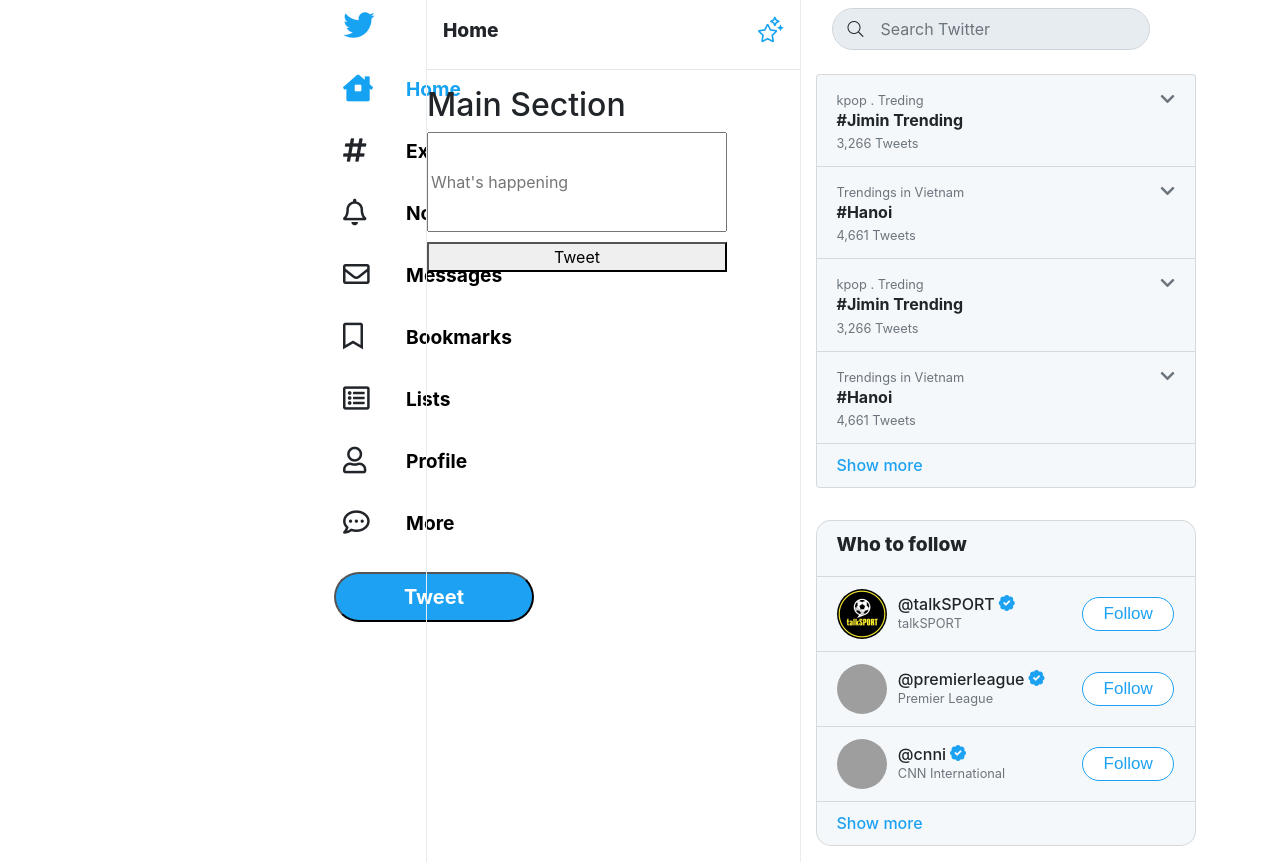
Repository: tts2610/Twitter-clone
Page: index.html
These files come from the project's save history. The page is drawn as it stood at one moment and after the next save; the edit follows.
The browser window is 1280 px wide. The pictures show the whole page.
Pictures or frames that could not be fetched are drawn as grey boxes.

Above is the page before, as saved 2020-05-23 15:24:53.

### index.html
<!DOCTYPE html>
<html lang="en">

<head>
    <meta charset="UTF-8">
    <!-- <meta name="viewport" content="width=device-width, initial-scale=1.0"> -->
    <title>Document</title>
    <link rel="stylesheet" href="css/style.css">
    <!-- Latest compiled and minified CSS -->
    <link rel="stylesheet" href="https://maxcdn.bootstrapcdn.com/bootstrap/4.5.0/css/bootstrap.min.css">

    <!-- jQuery library -->
    <script src="https://ajax.googleapis.com/ajax/libs/jquery/3.5.1/jquery.min.js"></script>

    <!-- Popper JS -->
    <script src="https://cdnjs.cloudflare.com/ajax/libs/popper.js/1.16.0/umd/popper.min.js"></script>

    <!-- Latest compiled JavaScript -->
    <script src="https://maxcdn.bootstrapcdn.com/bootstrap/4.5.0/js/bootstrap.min.js"></script>

    <!-- <link rel="stylesheet" crossorigin="anonymous" href="https://use.fontawesome.com/releases/v5.6.3/css/all.css" integrity="sha384-UHRtZLI+pbxtHCWp1t77Bi1L4ZtiqrqD80Kn4Z8NTSRyMA2Fd33n5dQ8lWUE00s/" /> -->
    <link rel="stylesheet" href="css/all.css">

</head>


<body>
    <div class="container">
        <div class="row">
            <div class="col-2">
                <div class="row">
                    <div class="col"><img src="/img/twt-logo1.png" alt="twitter-logo" width="50" height="50"></div>
                </div>
                <div class="row my-3">
                    <div id="outerMenuContainer" style="color: #16a2f2;">
                        <div class="col-2 mr-4 py-2 px-4" style="font-size: 20px;"><i class="fas fa-house fa-lg"></i></div>
                        <div class="col-10 py-2" style="margin-right: 0px;padding-right: 0px;font-weight: 700;font-size: larger;"> <a href="#Home" style="color: #16a2f2;">Home</a></div>
                    </div>

                </div>
                <div class="row my-3">
                    <div id="outerMenuContainer">
                        <div class="col-2 mr-4 py-2 px-4" style="font-size: 20px;"><i class="fas fa-hashtag fa-lg"></i></div>
                        <div class="col-10" style="margin-right: 0px;padding-right: 0px;font-weight: 700;font-size: larger;"><a href="#services">Explore</a></div>

                    </div>
                </div>
                <div class="row my-3">
                    <div id="outerMenuContainer">
                        <div class="col-2 mr-4 py-2 px-4" style="font-size: 20px;"><i class="far fa-bell fa-lg"></i></div>
                        <div class="col-10" style="margin-right: 0px;padding-right: 0px;font-weight: 700;font-size: larger;"><a href="#clients">Notifications</a></div>

                    </div>
                </div>
                <div class="row my-3">
                    <div id="outerMenuContainer">
                        <div class="col-2 mr-4 py-2 px-4" style="font-size: 20px;"><i class="far fa-envelope fa-lg"></i></div>
                        <div class="col-10" style="margin-right: 0px;padding-right: 0px;font-weight: 700;font-size: larger;"><a href="#contact">Messages</a></div>
                    </div>
                </div>
                <div class="row my-3">
                    <div id="outerMenuContainer">
                        <div class="col-2 mr-4 py-2 px-4" style="font-size: 20px;"><i class="far fa-bookmark fa-lg"></i></div>
                        <div class="col-10" style="margin-right: 0px;padding-right: 0px;font-weight: 700;font-size: larger;"><a href="#clients">Bookmarks</a></div>
                    </div>
                </div>
                <div class="row my-3">
                    <div id="outerMenuContainer">
                        <div class="col-2 mr-4 py-2 px-4" style="font-size: 20px;"><i class="far fa-list-alt fa-lg"></i></div>
                        <div class="col-10" style="margin-right: 0px;padding-right: 0px;font-weight: 700;font-size: larger;"><a href="#contact">Lists</a></div>
                    </div>
                </div>
                <div class="row my-3">
                    <div id="outerMenuContainer">
                        <div class="col-2 mr-4 py-2 px-4" style="font-size: 20px;"><i class="far fa-user fa-lg"></i></div>
                        <div class="col-10" style="margin-right: 0px;padding-right: 0px;font-weight: 700;font-size: larger;"><a href="#clients">Profile</a></div>
                    </div>
                </div>
                <div class="row my-3">
                    <div id="outerMenuContainer">
                        <div class="col-2 mr-4 py-2 px-4" style="font-size: 20px;"><i class="far fa-comment-dots fa-lg"></i></div>
                        <div class="col-10" style="margin-right: 0px;padding-right: 0px;font-weight: 700;font-size: larger;"><a href="#contact">More</a></div>
                    </div>
                </div>
                <div class="row my-3">
                    <div class="col"><button class="tweetbtn" href="#">Tweet</button></div>
                </div>
            </div>

            <div class="col-7" style="border-right: #e6ecf0 solid 1px; border-left: #e6ecf0 solid 1px; padding-left: 0px; padding-right: 0px;">
                <nav class="navbar sticky-top navbar-light my-2" id="leftNav">
                    <span>Home</span>
                    <span style="color: #16a2f2;"><i class="fal fa-stars fa-lg"></i></span>
                </nav>
                <hr/>
                <div>
                    <h2>Main Section</h2>
                    <input type="text" id="tweetArea" placeholder="What's happening">
                    <button id="tweetBtn" onclick="post()">Tweet</button>
                    <span id="remain"></span>
                    <div id="content" class="mt-5">
                    </div>



                </div>
            </div>

            <div class="col-3">
                <nav class="navbar sticky-top navbar-light" id="rightNav">
                    <span style="position: absolute;z-index: 100;"><i class="fal fa-search ml-3"></i></span>
                    <div><input class="form-control mr-sm-2 pl-5" type="search" placeholder="Search Twitter" aria-label="Search" id="search"></div>
                </nav>
                <div id="trendings" class="py-3">
                    <ul class="list-group mb-3">
                        <!-- <li class="list-group-item d-flex justify-content-between lh-condensed header" style="border-radius: 15px 15px 0px 0px;" id="trendingHeader">
                            <div>
                                <div class="trends-header">Trends for you</div>
                            </div>
                            <span class="text-muted"><i class="fal fa-cog" style="COLOR: rgba(29,161,242,1.00); font-size: larger;"></i></span>
                        </li> -->
                        <li class="list-group-item d-flex justify-content-between lh-condensed content" id="trending1">
                            <div>
                                <small class="text-muted">Trendings in Vietnam</small>
                                <h6 class="my-0 hashtag">#Hanoi</h6>
                                <small class="text-muted">4,661 Tweets</small>
                            </div>
                            <span class="text-muted"><i class="fas fa-chevron-down"></i></span>
                        </li>
                        <li class="list-group-item d-flex justify-content-between lh-condensed content" id="trending2">
                            <div>
                                <small class="text-muted">kpop . Treding</small>
                                <h6 class="my-0 hashtag">#Jimin Trending</h6>
                                <small class="text-muted">3,266 Tweets</small>
                            </div>
                            <span class="text-muted"><i class="fas fa-chevron-down"></i></span>
                        </li>
                        <li class="list-group-item d-flex justify-content-between lh-condensed content" id="trending3">
                            <div>
                                <small class="text-muted">Trendings in Vietnam</small>
                                <h6 class="my-0 hashtag">#Hanoi</h6>
                                <small class="text-muted">4,661 Tweets</small>
                            </div>
                            <span class="text-muted"><i class="fas fa-chevron-down"></i></span>
                        </li>
                        <li class="list-group-item d-flex justify-content-between lh-condensed content" id="trending4">
                            <div>
                                <small class="text-muted">kpop . Treding</small>
                                <h6 class="my-0 hashtag">#Jimin Trending</h6>
                                <small class="text-muted">3,266 Tweets</small>
                            </div>
                            <span class="text-muted"><i class="fas fa-chevron-down"></i></span>
                        </li>
                        <li class="list-group-item d-flex justify-content-between lh-condensed content" style="border-radius: 0px 0px 15px 15px">
                            <div>
                                <h6 class="my-0"><a href="#" style="COLOR: rgba(29,161,242,1.00); text-decoration: none;">Show more</a></h6>
                            </div>
                        </li>
                    </ul>
                </div>

                <div id="whoToFollow" class="">
                    <ul class="list-group mb-3">
                        <li class="list-group-item d-flex justify-content-between lh-condensed" style="border-radius: 15px 15px 0px 0px;">
                            <div>
                                <h5 class="whoToFollow-header">Who to follow</h5>
                            </div>
                        </li>
                        <li class="list-group-item content">
                            <div class="row">
                                <div class="col-2">
                                    <img src="img/profileImages/talkSport.jpg" id="moreToFollowImg" alt="Avatar">
                                </div>
                                <div class="col-6">
                                    <div style="display: flex;">
                                        <h6 class="my-0 hashtag">@talkSPORT</h6>
                                        <i class="ml-1 fas fa-badge-check"></i>
                                    </div>

                                    <small class="text-muted">talkSPORT</small>

                                </div>
                                <div class="col-4">
                                    <a href="#" class="followBtn">Follow</a>
                                </div>
                            </div>
                        </li>
                        <li class="list-group-item content">
                            <div class="row">
                                <div class="col-2">
                                    <img src="https://d3pc1xvrcw35tl.cloudfront.net/ln/feedImages/643x481/bwpUoL-J_400x400_ckOpi7f_4RVQqqi_ZPjpFJN_cnPYP1e_202004.jpg" id="moreToFollowImg" alt="Avatar">
                                </div>
                                <div class="col-6">
                                    <div style="display: flex;">
                                        <h6 class="my-0 hashtag">@premierleague</h6>
                                        <i class="ml-1 fas fa-badge-check"></i>
                                    </div>

                                    <small class="text-muted">Premier League</small>

                                </div>
                                <div class="col-4">
                                    <a href="#" class="followBtn">Follow</a>
                                </div>
                            </div>
                        </li>
                        <li class="list-group-item content">
                            <div class="row">
                                <div class="col-2">
                                    <img src="https://upload.wikimedia.org/wikipedia/commons/thumb/6/66/CNN_International_logo.svg/1200px-CNN_International_logo.svg.png" id="moreToFollowImg" alt="Avatar">
                                </div>
                                <div class="col-6">
                                    <div style="display: flex;">
                                        <h6 class="my-0 hashtag">@cnni</h6>
                                        <i class="ml-1 fas fa-badge-check"></i>
                                    </div>

                                    <small class="text-muted">CNN International</small>

                                </div>
                                <div class="col-4">
                                    <a href="#" class="followBtn">Follow</a>
                                </div>
                            </div>
                        </li>
                        <li class="list-group-item d-flex justify-content-between lh-condensed content" style="border-radius: 0px 0px 15px 15px">
                            <div>
                                <h6 class="my-0"><a href="#" style="COLOR: rgba(29,161,242,1.00); text-decoration: none;">Show more</a></h6>
                            </div>
                        </li>
                    </ul>
                </div>
            </div>
        </div>

        <!-- <nav class="navbar sticky-top navbar-expand-lg navbar-light bg-light">
                <a class="navbar-brand" href="#">Navbar</a>
                <button class="navbar-toggler" type="button" data-toggle="collapse" data-target="#navbarSupportedContent" aria-controls="navbarSupportedContent" aria-expanded="false" aria-label="Toggle navigation">
                  <span class="navbar-toggler-icon"></span>
                </button>

                <div class="collapse navbar-collapse" id="navbarSupportedContent">
                    <ul class="navbar-nav mr-auto">
                    </ul>
                    <form class="form-inline my-2 my-lg-0">
                        <input class="form-control mr-sm-2" type="search" placeholder="Search" aria-label="Search">
                        <button class="btn btn-outline-success my-2 my-sm-0" type="submit">Search</button>
                    </form>
                </div>
            </nav> -->
        <!-- <div class="column2">

        </div>

        <div class="column3">

        </div> -->


        <!-- END COL-3 -->
    </div>

    <script src="js/script.js"></script>
    <script src="js/moment.js"></script>
</body>

</html>

### css/style.css
* {
    box-sizing: border-box;
}

body {
    font-family: “Helvetica Neue”, Helvetica, Arial, sans-serif;
}

body .container {
    max-width: 85vh;
    padding-left: 0px;
    padding-right: 0px;
}


/* .container {
    width: 60%;
} */

#leftNav {
    display: flex;
    justify-content: space-between;
    font-size: larger;
    font-weight: 800;
    background-color: white;
}

#rightNav {
    width: 100%;
    background-color: white;
}

#rightNav .input-group-prepend {
    background-color: white !important;
    color: white !important;
}

#search {
    border-radius: 30px;
    height: 10px;
    padding: 20px;
    position: relative;
    width: 318px;
    background-color: #e6ecf0;
}

.sidenav {
    height: 100%;
    position: fixed;
    z-index: 1;
    top: 0;
    left: 0;
    background-color: rgb(255, 255, 255);
    overflow-x: hidden;
    padding-top: 20px;
    border-right: 1px solid lightgrey;
}

.sidenav a {
    text-decoration: none;
    font-size: 25px;
    color: #000000;
    display: block;
    font-family: system-ui, -apple-system, BlinkMacSystemFont, "Segoe UI", Roboto, Ubuntu, "Helvetica Neue", sans-serif;
    ;
    margin: 5px;
    margin-bottom: 10px;
}

.sidenav a:hover {
    color: #16afdd;
}

.main {
    margin-left: 160px;
    /* Same as the width of the sidenav /
    font-size: 28px; / Increased text to enable scrolling */
    padding: 0px 10px;
}

@media screen and (max-height: 450px) {
    .sidenav {
        padding-top: 15px;
    }
    .sidenav a {
        font-size: 18px;
    }
}

.tweetbtn {
    height: 50px;
    width: 200px;
    border-radius: 40px;
    background-color: rgb(29, 161, 242);
    color: white;
    font-weight: bolder;
    font-size: 20px;
    cursor: pointer;
    margin-left: 0px;
    margin-top: 10px;
}

.tweetbtn:hover {
    background-color: rgba(26, 145, 218);
}

.home {
    display: flex;
}

.explore {
    display: flex;
}

.notifications {
    display: flex;
}

.messages {
    display: flex;
}

.bookmarks {
    display: flex;
}

.lists {
    display: flex;
}

.profile {
    display: flex;
}

.more {
    display: flex;
}


/* Clear floats after the columns */

.row:after {
    content: "";
    display: table;
    clear: both;
}

tr {
    text-align: center;
}

#tweetArea {
    width: 300px;
    height: 100px
}

#tweetBtn {
    margin-top: 10px;
    width: 300px;
}

#trendings {
    min-width: 380px;
}

#trendings .list-group-item {
    background-color: #f5f8fa;
}

#trendings .content {
    cursor: pointer;
}

#trendings .trends-header {
    font-weight: 800;
    font-size: larger;
}

#trendings .content:hover {
    filter: brightness(97%)
}

#trendings ul li .hashtag {
    font-weight: 700;
}

#moreToFollowImg {
    border-radius: 50%;
    width: 50px;
    height: 50px;
}

.fa-badge-check {
    color: rgba(29, 161, 242, 1.00);
}

.followBtn {
    -webkit-border-radius: 20px;
    -moz-border-radius: 20px;
    border-radius: 25px;
    color: #1DA1F2;
    font-family: Arial;
    font-size: 17px;
    font-weight: 200;
    padding: 3px;
    background-color: #FFFFFF;
    border: solid #1DA1F2 1px;
    text-decoration: none;
    /* display: inline-block; */
    cursor: pointer;
    text-align: center;
}

.followBtn:hover {
    color: #1DA1F2;
    background: #CFE7F6;
    border-radius: 25px;
    text-decoration: none;
    opacity: 0.7;
}

#whoToFollow {
    min-width: 380px;
}

#whoToFollow .list-group-item {
    background-color: #f5f8fa;
}

#whoToFollow .content {
    cursor: pointer;
}

#whoToFollow .content:hover {
    filter: brightness(97%)
}

#whoToFollow .row .col-6 {
    display: flex;
    flex-direction: column;
    justify-content: center;
}

#whoToFollow .row .col-6 .hashtag {
    text-overflow: ellipsis;
    white-space: nowrap;
    overflow: hidden;
}

#whoToFollow .row .col-4 {
    display: flex;
    flex-direction: column;
    justify-content: center;
}

#whoToFollow .whoToFollow-header {
    font-weight: 800;
    font-size: larger;
}

h6 {
    font-weight: 700;
}

#content .functionBar {
    display: flex;
    justify-content: space-between;
}

#content .row {
    padding: 30px;
    border: 1px solid lightgrey;
}

#content .row div {
    margin-top: 4px;
}

#outerMenuContainer {
    display: flex;
    flex-direction: row;
    align-items: center;
    width: max-content;
}

#outerMenuContainer:hover {
    color: #1DA1F2 !important;
    background: #CFE7F6;
    border-radius: 25px;
    text-decoration: none;
    opacity: 0.7;
    /* padding: 5px 0px 5px 3px;
    width: max-content; */
}

#outerMenuContainer:hover a {
    color: #1DA1F2 !important;
}

#outerMenuContainer a {
    text-decoration: none;
    color: black;
}

### js/script.js
let tweetArea = document.getElementById("tweetArea");
const MAX_LETTER = 140;

let tweetList = [];




const countLetter = () => {
    let lengthOfSentence = tweetArea.value.length;

    let remain = MAX_LETTER - lengthOfSentence;



    if (remain < 0) {
        //  Disable button after 140 characters
        document.getElementById("tweetBtn").disabled = true;

        document.getElementById("remain").innerHTML = `${remain} left`;
        document.getElementById("remain").style.color = "red";
    } else {
        document.getElementById("remain").innerHTML = `${remain} left`;
        document.getElementById("remain").style.color = "black";
    }
}

const post = () => {

    let myTweet = {
        id: tweetList.length ? tweetList.length : 0,
        title: "Sean",
        logo: "img/profileImages/talkSport.jpg",
        content: "Pro-democracy activists warn that the new legislation could mean “the end of Hong Kong”",
        time: new Date().toISOString(),
        retweet: "6",
        likes: "20",
        comments: "10",
        isTweet: false,
        parent: null,
        hashtag: "@Sean"
    };

    // get value of input text
    let input = tweetArea.value;
    myTweet.content = input;

    tweetList.push(myTweet);
    renderFromList();

}



function deleteAll(id) {
    let index = tweetList.findIndex(element => element.id == id)
    tweetList.splice(index, 1)
    console.log(tweetList)
    renderFromList()
}

function renderFromList() {
    tweetList.sort((a, b) => b.id - a.id);
    let html = tweetList.map(element => {
        return `<div class="row">
        <div class="col-2">
            <img src="${element.logo}" id="moreToFollowImg" alt="Avatar">
        </div>
        <div class="col-10">
            <div>
                <span id="tweetTitle">${element.title}</span>
                <span><i class="ml-1 fas fa-badge-check"></i></span>
                <span>${element.hashtag}</span>
                <span>${moment(element.time).fromNow()}</span>
            </div>
            <div>
                ${element.content}
            </div>
            <div>
                link
            </div>
            <div class="functionBar">
                <i class="fal fa-comment"></i>
                <i class="far fa-retweet" onclick="retweet(${element.id})" style="cursor:pointer;"></i>
                <i class="fal fa-heart"></i>
                <i class="fal fa-upload" onclick="deleteAll(${element.id})"></i>
            </div>
        </div>
    </div>`

    }).join('')
    $('#content').empty();
    $('#content').append(html);
}

function retweet(id) {
    let original = tweetList.find(x => x.id == id);
    let child = {
        id: tweetList.length ? tweetList.length : 0,
        title: "Child",
        logo: "https://d3pc1xvrcw35tl.cloudfront.net/ln/feedImages/643x481/bwpUoL-J_400x400_ckOpi7f_4RVQqqi_ZPjpFJN_cnPYP1e_202004.jpg",
        content: original.content,
        time: "8mins",
        retweet: "6",
        likes: "20",
        comments: "10",
        isTweet: true,
        parent: original.id,
        hashtag: "@Child"
    }

    tweetList.push(child);
    console.log(tweetList);
    renderFromList();
}

function ranking() {
    let items = ['#trending1', '#trending2', '#trending3', '#trending4'];

    let randomItem = items[Math.floor(Math.random() * items.length)];
    var $myLi = $(randomItem)
    var $myUl = $(randomItem).parent();
    var listHeight = $myUl.innerHeight();
    var elemHeight = $myLi.height();
    var elemTop = $myLi.position().top;

    var moveUp = listHeight - (listHeight - elemTop) - 75;
    // var moveDown = elemHeight + 25;
    var moveDown = elemHeight + 25;
    var liId = $myLi.attr("id");
    var liHtml = $myLi.outerHTML();


    $("li").each(function() {
        if ($(this).attr("id") == liId || $(this).attr("id") == "trendingHeader" || $myLi.is(':first-child')) {
            return false;
        }
        $(this).animate({
            "top": '+=' + moveDown
        }, 1000);
        $myLi.animate({
            "top": '-=' + moveUp
        }, 1000, function() {
            $myLi.remove();
            var oldHtml = $myUl.html();

            $myUl.html(liHtml + oldHtml);
            $myUl.children("li").attr("style", "");
        });
    });


    setTimeout(ranking, 2000);
}

$(document).ready(function() {
    tweetArea.addEventListener("input", countLetter);
    $.fn.outerHTML = function() {
        return $(this).clone().wrap('<div></div>').parent().html();
    }
    setTimeout(ranking, 2000);
})



// var aPost = {
//   name: "Hugo",
//   logo: "mylogo.png",
//   time: "8mins",
//   retweet: "6",
//   likes: "20",
//   comments: "10"
// isTweet: true,
// parent:
hastags: ["#teamMember", "#French"]
    // };

// let myList = [aPost,aPost,aPost,aPost]

Loaded but not shown: css/all.css (library); js/moment.js (library)

After the next save:
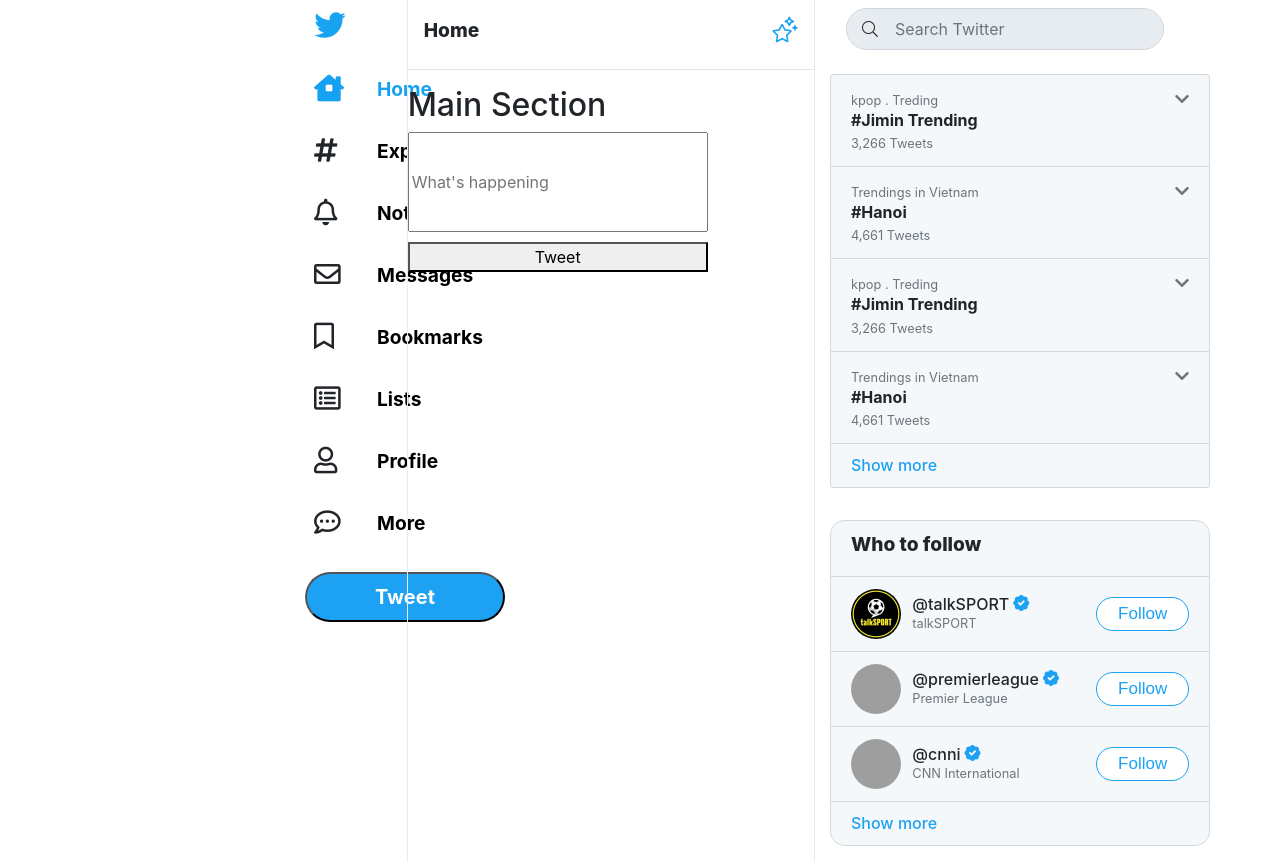
Saved 48 s later.
--- a/css/style.css
+++ b/css/style.css
@@ -7,7 +7,7 @@
 }
 
 body .container {
-    max-width: 85vh;
+    max-width: calc(100vh - 50px);
     padding-left: 0px;
     padding-right: 0px;
 }
